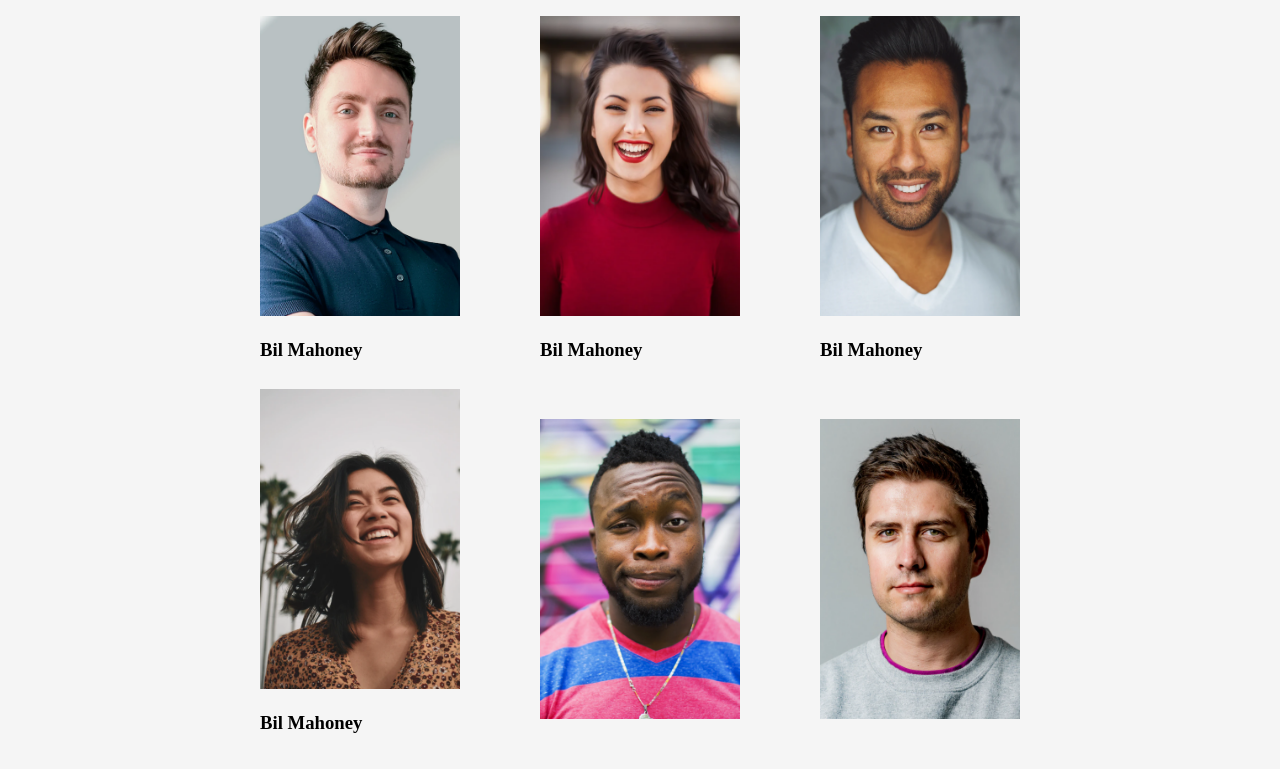
Repository: georgisenze/my-team-page-challeng
Page: index.html
An editor plug-in stored every save of this project. The page is shown before and after a run of saves, followed by the edit.
The browser window is 1280 px wide. The pictures show the whole page.

Above is the page before, as saved 2023-02-22 22:08:12.

After the next 3 saves:
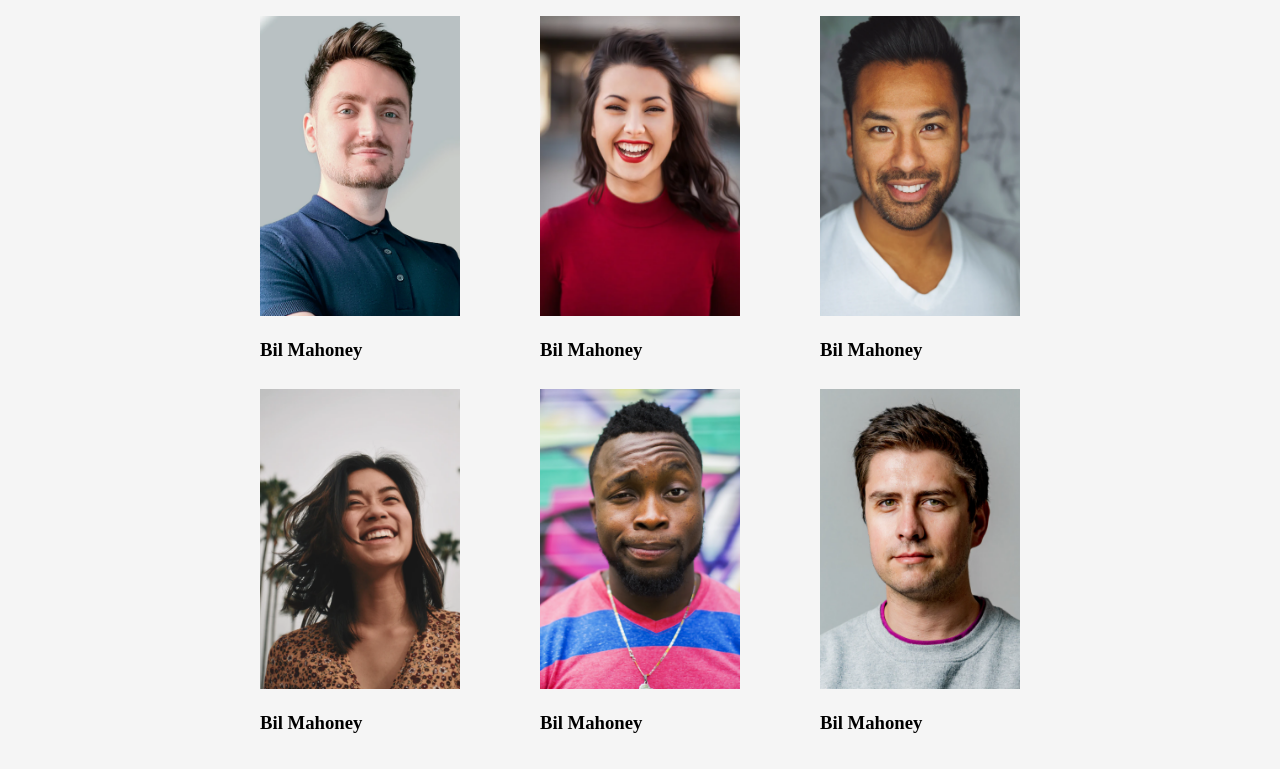
The 3 saves are shown as one change because they came seconds apart.
The last was saved 8 s later.
--- a/index.html
+++ b/index.html
@@ -28,9 +28,11 @@
         </div>
         <div class="box">
             <img src="assets/img/photo5.png" alt="">
+            <h3>Bil Mahoney</h3>
         </div>
         <div class="box">
             <img src="assets/img/photo6.png" alt="">
+            <h3>Bil Mahoney</h3>
         </div>
       </div>
 </body>
